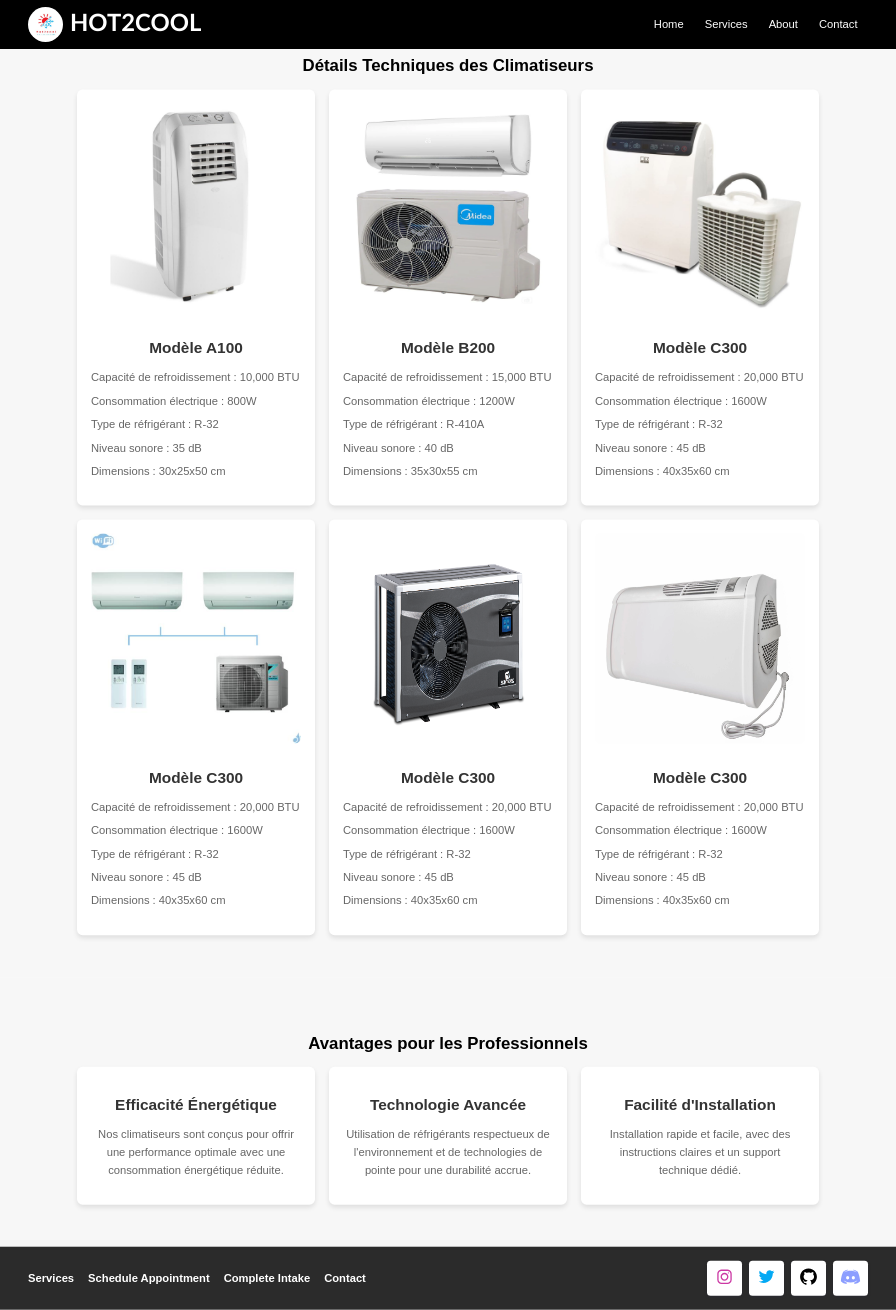
Repository: kadel237/hot2cool
Page: tech.html
The author's editor kept a copy of each file at every save. The page is drawn from the files as they stood at one save, then again after the next save.
The browser window is 1280 px wide. The pictures show the whole page, at 70% of full size.

Above is the page before, as saved 2024-07-04 00:26:29.

After the next save:
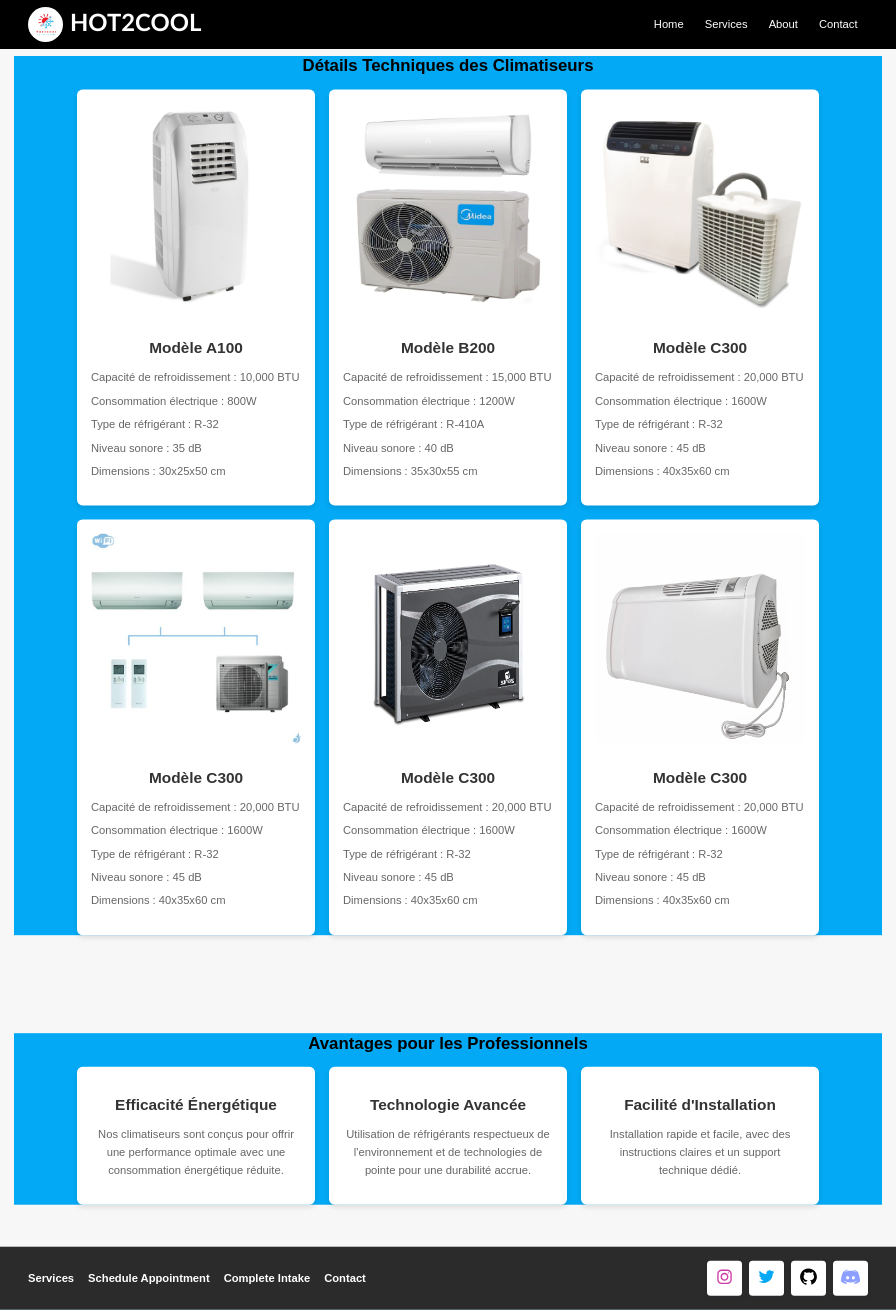
Saved 34 s later.
--- a/tech.css
+++ b/tech.css
@@ -199,6 +199,7 @@
   max-width: 1200px;
   margin: 0 auto;
   padding: 0 20px;
+  background-color: #03a9f4;
 }
 
 .technical-details h2,
